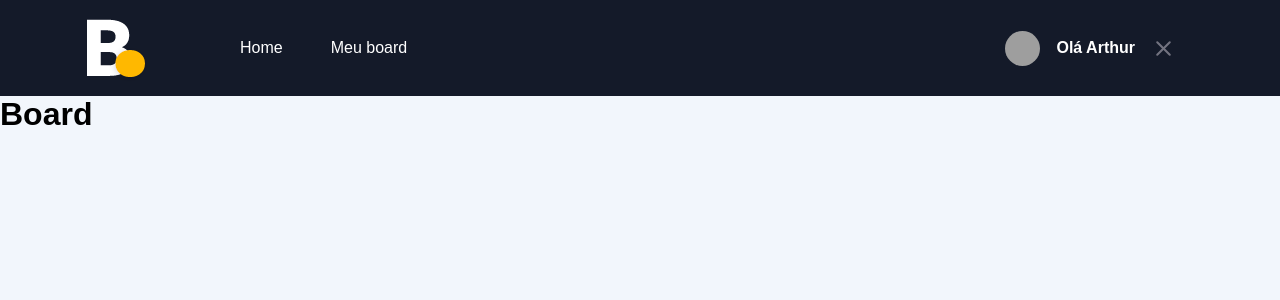
Repository: ArthurHendrich/Task-Board
Page: /board
An editor plug-in stored every save of this project. The page is shown before and after the next save, followed by the edit.
The browser window is 1280 px wide. The pictures show the whole page.
Pictures or frames that could not be fetched are drawn as grey boxes. The project was rebuilt for these pictures with package versions that can differ from the ones it lists, and the page was loaded fresh each time. The framework's server and built-in components were replaced by stand-ins that run in the browser. Also part of the build but not shown: next.config.js.

Above is the page before, as saved 2022-07-04 17:54:34.

After the next save:
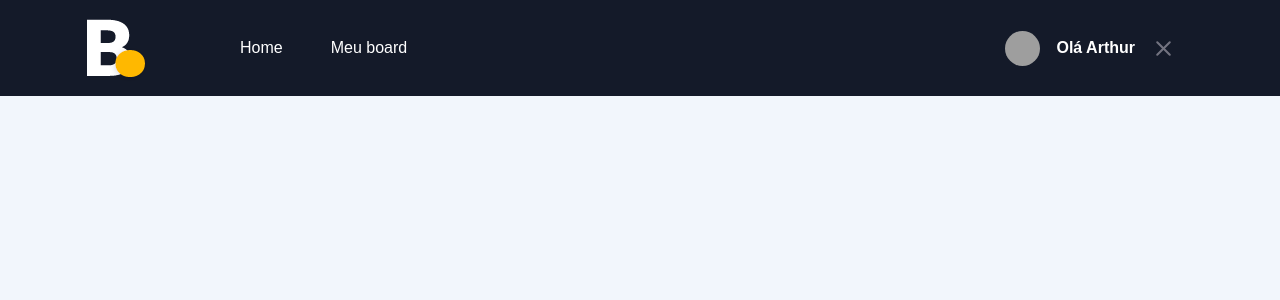
Saved 63 s later.
--- a/src/pages/board/index.tsx
+++ b/src/pages/board/index.tsx
@@ -1,9 +1,12 @@
+import Head from 'next/head';
 import styles from './styles.module.scss';
 
 export default function Board(){
   return (
-    <main>
-      <h1>Board</h1>
-    </main>
+    <>
+      <Head>
+        <title>My Task | Tarefas</title>
+      </Head>
+    </>
   )
 }
